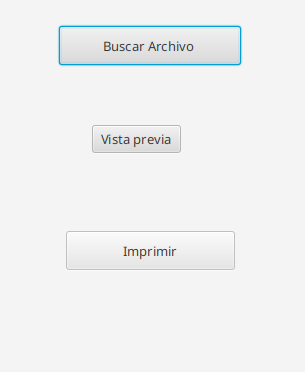
Repository: Johan2809/ImpresoraTest
Program's window: java ws/Impresora/src/application/Aplicacion.java
The author's editor kept a copy of each file at every save. The program's window is drawn from the files as they stood at one save, then again after the next save.
It runs on Java 21 on a 1366 x 768 screen with JavaFX 11; the title bar is not drawn.

Above is the program's window before, as saved 2023-04-17 03:44:35.

### ws/Impresora/src/application/Aplicacion.java
package application;

import controllers.VentanaImpresionController;
import javafx.application.Application;
import javafx.fxml.FXMLLoader;
import javafx.scene.Scene;
import javafx.scene.layout.AnchorPane;
import javafx.stage.Stage;

public class Aplicacion extends Application {

	private Stage primaryStage; // Añadir una variable para almacenar la referencia a la ventana principal

	@Override
	public void start(Stage primaryStage) {
		this.primaryStage = primaryStage; // Asignar la referencia a la ventana principal a la variable

		try {
			FXMLLoader loader = new FXMLLoader();
			loader.setLocation(getClass().getResource("/views/VentanaImpresionView.fxml"));
			AnchorPane anchorPane = (AnchorPane) loader.load();
			VentanaImpresionController ventanaImpresionController = loader.getController();
			ventanaImpresionController.setAplicacion(this);

			Scene scene = new Scene(anchorPane);
			primaryStage.setTitle("Ventana de Impresion");
			primaryStage.setScene(scene);
			primaryStage.show();
		} catch (Exception e) {
			e.printStackTrace();
		}
	}

	public static void main(String[] args) {
		launch(args);
	}

	// Implementar el método getPrimaryStage() para devolver la referencia a la ventana principal
	public Stage getPrimaryStage() {
		return primaryStage;
	}

}

### ws/Impresora/src/controllers/VentanaImpresionController.java
package controllers;

import application.Aplicacion;
import javafx.embed.swing.SwingFXUtils;
import javafx.event.ActionEvent;
import javafx.fxml.FXML;
import javafx.scene.control.Button;
import javafx.stage.FileChooser;
import javafx.scene.control.Label;
import javafx.scene.image.Image;
import javafx.scene.image.ImageView;
import javafx.scene.layout.VBox;

import javax.imageio.ImageIO;
import javax.swing.*;
import java.awt.image.BufferedImage;
import java.io.File;
import java.io.IOException;

public class VentanaImpresionController {

    @FXML
    private Button btnImprimir;

    @FXML
    private Button btnBuscar;

    private Aplicacion aplicacion;

    @FXML
    private Label lblArchivoSeleccionado;

    @FXML
    private ImageView imageView;

    @FXML
    private VBox contenedorVbox;

    @FXML
    void BuscarArchivo(ActionEvent event) {
        FileChooser fileChooser = new FileChooser();
        File archivoSeleccionado = fileChooser.showOpenDialog(aplicacion.getPrimaryStage());

        if (archivoSeleccionado != null) {
            lblArchivoSeleccionado.setText("Archivo seleccionado: " + archivoSeleccionado.getAbsolutePath());
            Image imagen = new Image(archivoSeleccionado.toURI().toString());
            ImageView imageView = new ImageView(imagen);
            imageView.setImage(imagen); // Corrección: actualizar la variable de instancia imageView
        }
    }


    @FXML
    void mostrarVistaPrevia(ActionEvent event) {
        String archivoSeleccionado = lblArchivoSeleccionado.getText().replace("Archivo seleccionado: ", "");
        if (!archivoSeleccionado.isEmpty()) {
            File file = new File(archivoSeleccionado);
            if (file.exists()) {
                BufferedImage bufferedImage;
                try {
                    bufferedImage = ImageIO.read(file);
                    Image imagen = SwingFXUtils.toFXImage(bufferedImage, null);
                    ImageView imageView = new ImageView(imagen);
                    imageView.setImage(imagen); // Corrección: actualizar la variable de instancia imageView
                    imageView.setFitWidth(200);
                    imageView.setFitHeight(200);
                    imageView.setPreserveRatio(true);
                } catch (IOException e) {
                    e.printStackTrace();
                }
            } else {
                JOptionPane.showMessageDialog(null, "El archivo seleccionado no existe.");
            }
        } else {
            JOptionPane.showMessageDialog(null, "No se ha seleccionado ningún archivo.");
        }
    }


    @FXML
    void ImprimirArchivo(ActionEvent event) {
        String archivoSeleccionado = lblArchivoSeleccionado.getText().replace("Archivo seleccionado: ", "");
        // Implementar la lógica para imprimir el archivo seleccionado
        if (!archivoSeleccionado.isEmpty()) {
            JOptionPane.showMessageDialog(null, "Imprimiendo");
        }
    }

    public void setAplicacion(Aplicacion aplicacion) {
        this.aplicacion = aplicacion;
    }
}

### ws/Impresora/src/views/VentanaImpresionView.fxml
<?xml version="1.0" encoding="UTF-8"?>

<?import javafx.scene.image.*?>
<?import javafx.scene.control.*?>
<?import java.lang.*?>
<?import javafx.scene.layout.*?>
<?import javafx.scene.layout.AnchorPane?>

<AnchorPane prefHeight="372.0" prefWidth="300.0" xmlns="http://javafx.com/javafx/8" xmlns:fx="http://javafx.com/fxml/1" fx:controller="controllers.VentanaImpresionController">
   <children>
      <Button fx:id="btnBuscar" layoutX="59.0" layoutY="26.0" mnemonicParsing="false" onAction="#BuscarArchivo" prefHeight="39.0" prefWidth="182.0" text="Buscar Archivo " />
      <Button fx:id="btnImprimir" layoutX="66.0" layoutY="231.0" mnemonicParsing="false" onAction="#ImprimirArchivo" prefHeight="39.0" prefWidth="169.0" text="Imprimir" />
      <Label fx:id="lblArchivoSeleccionado" layoutX="12.0" layoutY="65.0" prefHeight="48.0" prefWidth="293.0" />
      <Button fx:id="btnVistaPrevia" layoutX="92.0" layoutY="125.0" onAction="#mostrarVistaPrevia" text="Vista previa" />

   </children>
</AnchorPane>

After the next save:
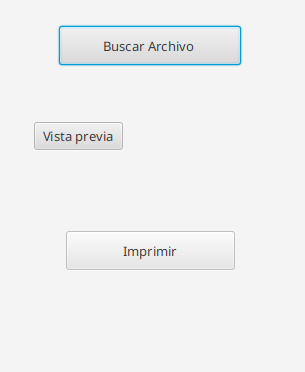
Saved 2 min 6 s later.
--- a/ws/Impresora/src/views/VentanaImpresionView.fxml
+++ b/ws/Impresora/src/views/VentanaImpresionView.fxml
@@ -11,7 +11,8 @@
       <Button fx:id="btnBuscar" layoutX="59.0" layoutY="26.0" mnemonicParsing="false" onAction="#BuscarArchivo" prefHeight="39.0" prefWidth="182.0" text="Buscar Archivo " />
       <Button fx:id="btnImprimir" layoutX="66.0" layoutY="231.0" mnemonicParsing="false" onAction="#ImprimirArchivo" prefHeight="39.0" prefWidth="169.0" text="Imprimir" />
       <Label fx:id="lblArchivoSeleccionado" layoutX="12.0" layoutY="65.0" prefHeight="48.0" prefWidth="293.0" />
-      <Button fx:id="btnVistaPrevia" layoutX="92.0" layoutY="125.0" onAction="#mostrarVistaPrevia" text="Vista previa" />
+      <Button fx:id="btnVistaPrevia" layoutX="34.0" layoutY="122.0" onAction="#mostrarVistaPrevia" text="Vista previa" />
+      <VBox fx:id="contenedorVbox" layoutX="200.0" layoutY="89.0" prefHeight="123.0" prefWidth="82.0" />
 
    </children>
 </AnchorPane>
